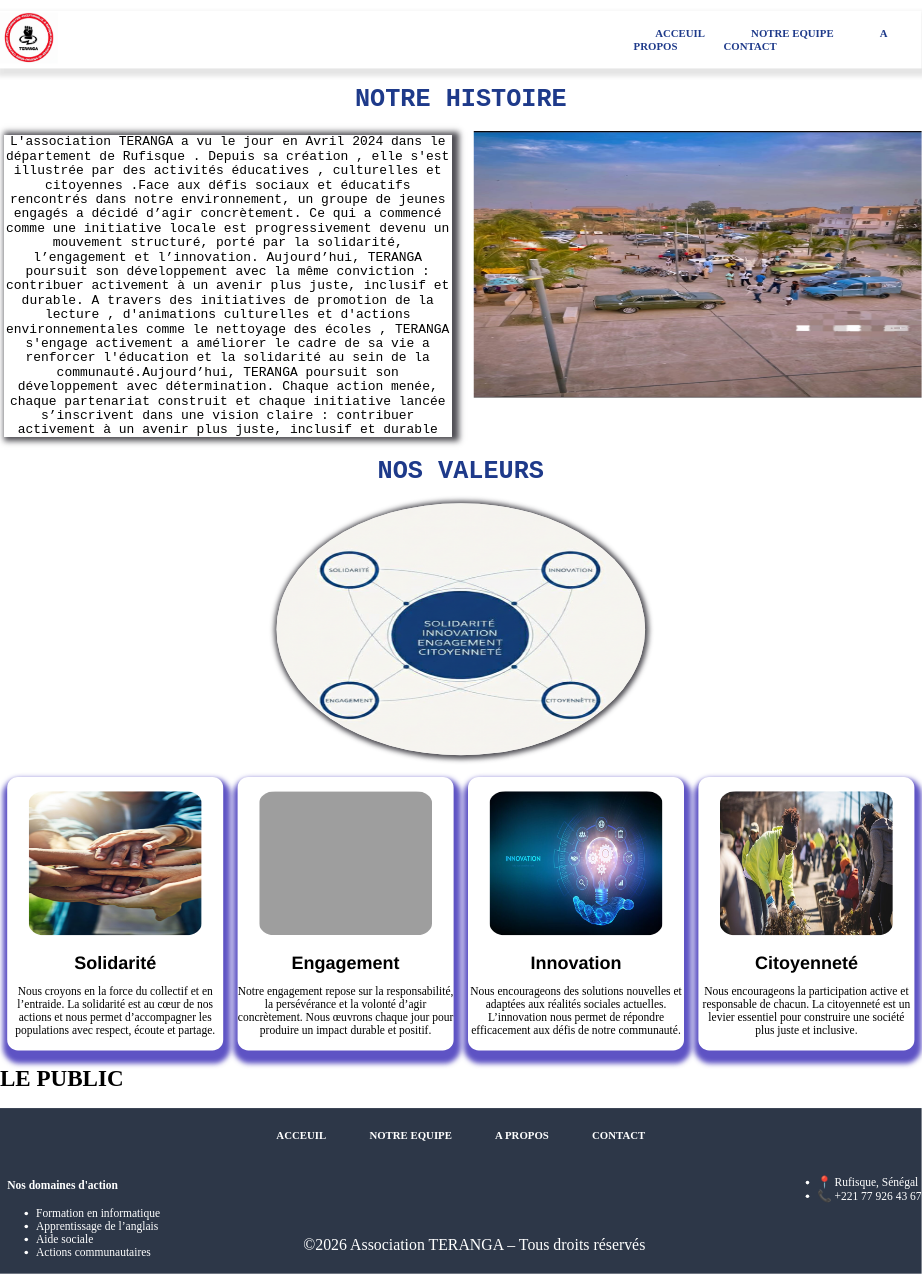
Repository: assanendao171/projet-teranga
Page: propos.html
These files come from the project's save history. The page is drawn as it stood at one moment and after the next save; the edit follows.
The browser window is 1280 px wide. The pictures show the whole page, at 72% of full size.
Pictures or frames that could not be fetched are drawn as grey boxes.

Above is the page before, as saved 2026-02-12 13:40:06.

After the next save:
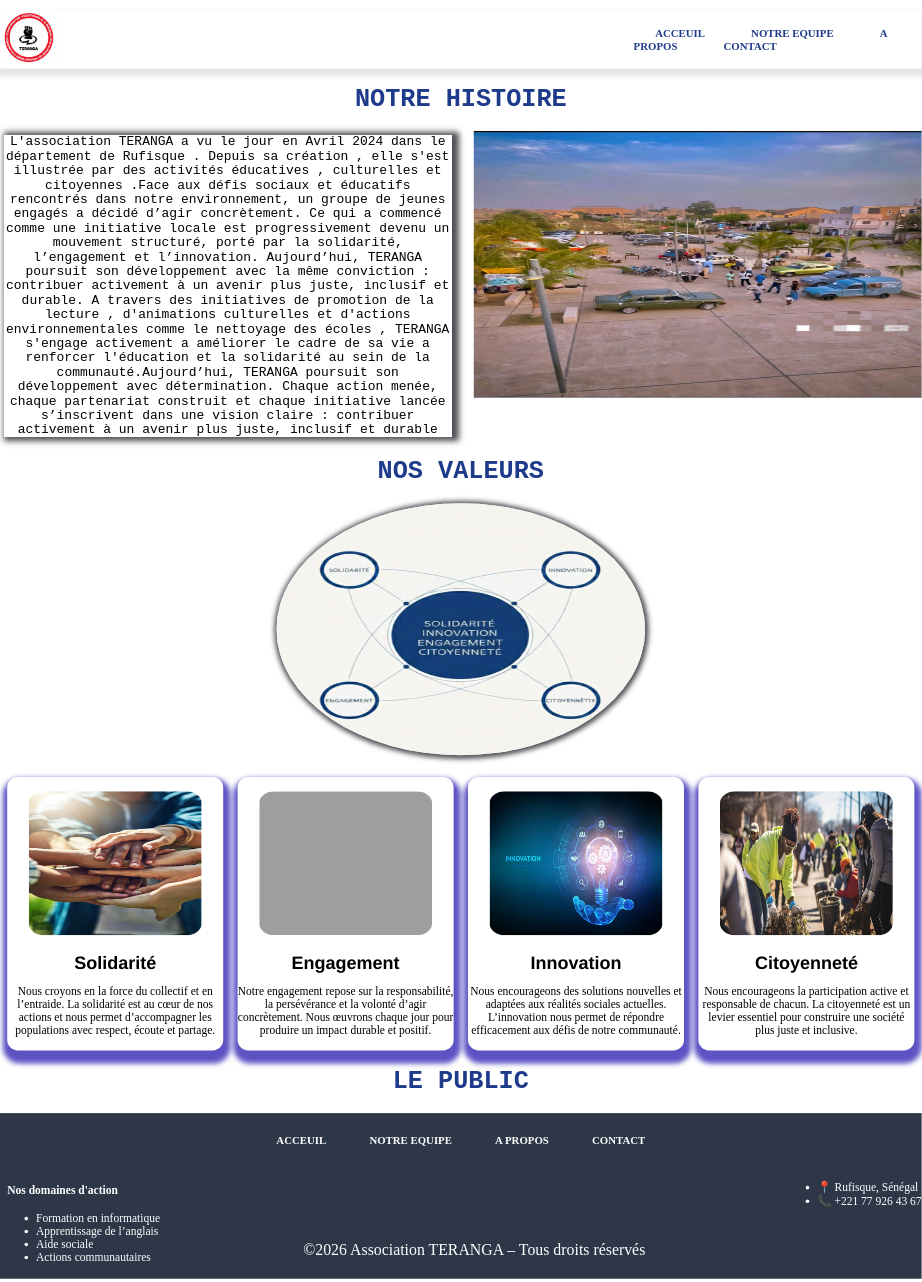
Saved 5 s later.
--- a/propos.css
+++ b/propos.css
@@ -188,7 +188,7 @@ border-radius: 50%;
         font-weight:bold;
 font-family:'Franklin Gothic Medium', 'Arial Narrow', Arial, sans-serif
 }
-#valeur{
+#public{
         color: #1E3A8A;
 
     text-align: center;
